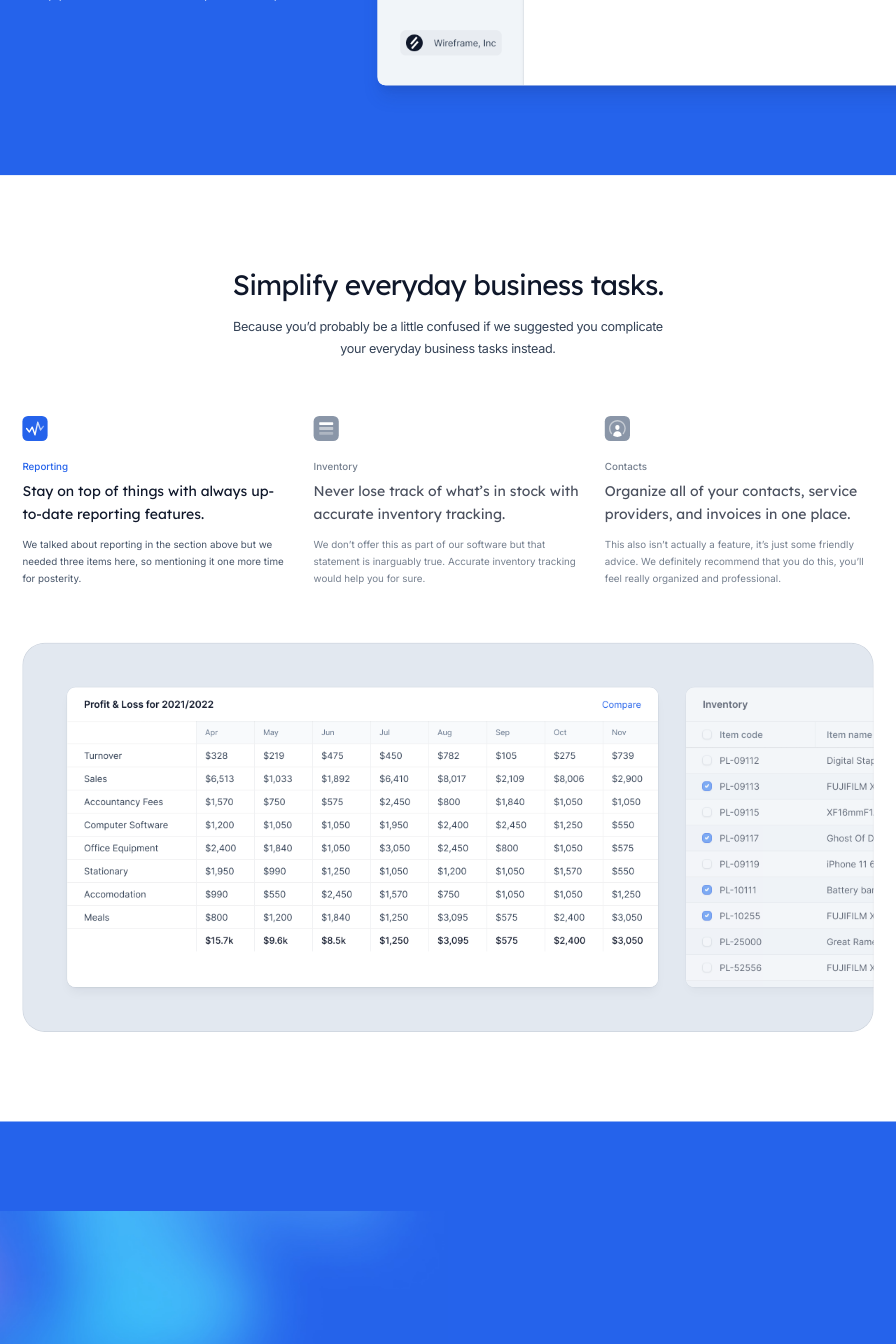
Repository: LuisSempre/imaginative
Page: /
An editor plug-in stored every save of this project. The page is shown before and after the next save, followed by the edit.
The browser window is 1280 px wide. The pictures show the part of the page from y = 2813 to 4733 px (the page is 9918 px tall before and 11018 px after), at 70% of full size.
The project was rebuilt for these pictures with package versions that can differ from the ones it lists, and the page was loaded fresh each time. The framework's server and built-in components were replaced by stand-ins that run in the browser. Also part of the build but not shown: next.config.js.

Above is the page before, as saved 2022-07-15 10:47:28.

### src/pages/index.jsx
import Head from 'next/head'

import { CallToAction } from '@/components/CallToAction'
import { Faqs } from '@/components/Faqs'
import { Footer } from '@/components/Footer'
import { Header } from '@/components/Header'
import { Hero } from '@/components/Hero'
import { Contact } from '@/components/Contact'
import { PrimaryFeatures } from '@/components/PrimaryFeatures'
import { SecondaryFeatures } from '@/components/SecondaryFeatures'
import { Testimonials } from '@/components/Testimonials'

export default function Home() {
  return (
    <>
      <Head>
        <title>TaxPal - Accounting made simple for small businesses</title>
        <meta
          name="description"
          content="Most bookkeeping software is accurate, but hard to use. We make the opposite trade-off, and hope you don’t get audited."
        />
      </Head>
      <Header />
      <main>
        <Hero />
        <PrimaryFeatures />
        <SecondaryFeatures />
        <CallToAction />
        <Testimonials />
        <Contact />
        <Faqs />
      </main>
      <Footer />
    </>
  )
}

### src/components/CallToAction.jsx
import Image from 'next/future/image'

import { Button } from '@/components/Button'
import { Container } from '@/components/Container'
import backgroundImage from '@/images/background-call-to-action.jpg'

export function CallToAction() {
  return (
    <section
      id="get-started-today"
      className="relative overflow-hidden bg-blue-600 py-32"
    >
      <Image
        className="absolute top-1/2 left-1/2 max-w-none -translate-x-1/2 -translate-y-1/2"
        src={backgroundImage}
        alt=""
        width={2347}
        height={1244}
        unoptimized
      />
      <Container className="relative">
        <div className="mx-auto max-w-lg text-center">
          <h2 className="font-display text-3xl tracking-tight text-white sm:text-4xl">
            Get started today
          </h2>
          <p className="mt-4 text-lg tracking-tight text-white">
            It’s time to take control of your books. Buy our software so you can
            feel like you’re doing something productive.
          </p>
          <Button href="/register" color="white" className="mt-10">
            Get 6 months free
          </Button>
        </div>
      </Container>
    </section>
  )
}

### src/components/Faqs.jsx
import Image from 'next/future/image'

import { Container } from '@/components/Container'
import backgroundImage from '@/images/background-faqs.jpg'

const faqs = [
  [
    {
      question: 'Does TaxPal handle VAT?',
      answer:
        'Well no, but if you move your company offshore you can probably ignore it.',
    },
    {
      question: 'Can I pay for my subscription via purchase order?',
      answer: 'Absolutely, we are happy to take your money in all forms.',
    },
    {
      question: 'How do I apply for a job at TaxPal?',
      answer:
        'We only hire our customers, so subscribe for a minimum of 6 months and then let’s talk.',
    },
  ],
  [
    {
      question: 'What was that testimonial about tax fraud all about?',
      answer:
        'TaxPal is just a software application, ultimately your books are your responsibility.',
    },
    {
      question:
        'TaxPal sounds horrible but why do I still feel compelled to purchase?',
      answer:
        'This is the power of excellent visual design. You just can’t resist it, no matter how poorly it actually functions.',
    },
    {
      question:
        'I found other companies called TaxPal, are you sure you can use this name?',
      answer:
        'Honestly not sure at all. We haven’t actually incorporated or anything, we just thought it sounded cool and made this website.',
    },
  ],
  [
    {
      question: 'How do you generate reports?',
      answer:
        'You just tell us what data you need a report for, and we get our kids to create beautiful charts for you using only the finest crayons.',
    },
    {
      question: 'Can we expect more inventory features?',
      answer: 'In life it’s really better to never expect anything at all.',
    },
    {
      question: 'I lost my password, how do I get into my account?',
      answer:
        'Send us an email and we will send you a copy of our latest password spreadsheet so you can find your information.',
    },
  ],
]

export function Faqs() {
  return (
    <section
      id="faq"
      aria-labelledby="faq-title"
      className="relative overflow-hidden bg-slate-50 py-20 sm:py-32"
    >
      <Image
        className="absolute top-0 left-1/2 max-w-none translate-x-[-30%] -translate-y-1/4"
        src={backgroundImage}
        alt=""
        width={1558}
        height={946}
        unoptimized
      />
      <Container className="relative">
        <div className="mx-auto max-w-2xl lg:mx-0">
          <h2
            id="faq-title"
            className="font-display text-3xl tracking-tight text-slate-900 sm:text-4xl"
          >
            Frequently asked questions
          </h2>
          <p className="mt-4 text-lg tracking-tight text-slate-700">
            If you can’t find what you’re looking for, email our support team
            and if you’re lucky someone will get back to you.
          </p>
        </div>
        <ul
          role="list"
          className="mx-auto mt-16 grid max-w-2xl grid-cols-1 gap-8 lg:max-w-none lg:grid-cols-3"
        >
          {faqs.map((column, columnIndex) => (
            <li key={columnIndex}>
              <ul role="list" className="flex flex-col gap-y-8">
                {column.map((faq, faqIndex) => (
                  <li key={faqIndex}>
                    <h3 className="font-display text-lg leading-7 text-slate-900">
                      {faq.question}
                    </h3>
                    <p className="mt-4 text-sm text-slate-700">{faq.answer}</p>
                  </li>
                ))}
              </ul>
            </li>
          ))}
        </ul>
      </Container>
    </section>
  )
}

### src/components/Footer.jsx
import Link from 'next/link'

import { Container } from '@/components/Container'
import { Logo } from '@/components/Logo'
import { NavLink } from '@/components/NavLink'

export function Footer() {
  return (
    <footer className="bg-slate-50">
      <Container>
        <div className="py-16">
          <Logo className="mx-auto h-10 w-auto" />
          <nav className="mt-10 text-sm" aria-label="quick links">
            <div className="-my-1 flex justify-center gap-x-6">
              <NavLink href="#features">Features</NavLink>
              <NavLink href="#testimonials">Testimonials</NavLink>
              <NavLink href="#pricing">Pricing</NavLink>
            </div>
          </nav>
        </div>
        <div className="flex flex-col items-center border-t border-slate-400/10 py-10 sm:flex-row-reverse sm:justify-between">
          <div className="flex gap-x-6">
            <Link
              href="https://twitter.com"
              className="group"
              aria-label="TaxPal on Twitter"
            >
              <svg
                aria-hidden="true"
                className="h-6 w-6 fill-slate-500 group-hover:fill-slate-700"
              >
                <path d="M8.29 20.251c7.547 0 11.675-6.253 11.675-11.675 0-.178 0-.355-.012-.53A8.348 8.348 0 0 0 22 5.92a8.19 8.19 0 0 1-2.357.646 4.118 4.118 0 0 0 1.804-2.27 8.224 8.224 0 0 1-2.605.996 4.107 4.107 0 0 0-6.993 3.743 11.65 11.65 0 0 1-8.457-4.287 4.106 4.106 0 0 0 1.27 5.477A4.073 4.073 0 0 1 2.8 9.713v.052a4.105 4.105 0 0 0 3.292 4.022 4.093 4.093 0 0 1-1.853.07 4.108 4.108 0 0 0 3.834 2.85A8.233 8.233 0 0 1 2 18.407a11.615 11.615 0 0 0 6.29 1.84" />
              </svg>
            </Link>
            <Link
              href="https://github.com"
              className="group"
              aria-label="TaxPal on GitHub"
            >
              <svg
                aria-hidden="true"
                className="h-6 w-6 fill-slate-500 group-hover:fill-slate-700"
              >
                <path d="M12 2C6.477 2 2 6.484 2 12.017c0 4.425 2.865 8.18 6.839 9.504.5.092.682-.217.682-.483 0-.237-.008-.868-.013-1.703-2.782.605-3.369-1.343-3.369-1.343-.454-1.158-1.11-1.466-1.11-1.466-.908-.62.069-.608.069-.608 1.003.07 1.531 1.032 1.531 1.032.892 1.53 2.341 1.088 2.91.832.092-.647.35-1.088.636-1.338-2.22-.253-4.555-1.113-4.555-4.951 0-1.093.39-1.988 1.029-2.688-.103-.253-.446-1.272.098-2.65 0 0 .84-.27 2.75 1.026A9.564 9.564 0 0 1 12 6.844a9.59 9.59 0 0 1 2.504.337c1.909-1.296 2.747-1.027 2.747-1.027.546 1.379.202 2.398.1 2.651.64.7 1.028 1.595 1.028 2.688 0 3.848-2.339 4.695-4.566 4.943.359.309.678.92.678 1.855 0 1.338-.012 2.419-.012 2.747 0 .268.18.58.688.482A10.02 10.02 0 0 0 22 12.017C22 6.484 17.522 2 12 2Z" />
              </svg>
            </Link>
          </div>
          <p className="mt-6 text-sm text-slate-500 sm:mt-0">
            Copyright &copy; {new Date().getFullYear()} TaxPal. All rights
            reserved.
          </p>
        </div>
      </Container>
    </footer>
  )
}

### src/components/Header.jsx
import { Fragment } from 'react'
import Link from 'next/link'
import { Popover, Transition } from '@headlessui/react'
import clsx from 'clsx'
import { Container } from '@/components/Container'
import { Logo } from '@/components/Logo'
import { NavLink } from '@/components/NavLink'

function MobileNavLink({ href, children }) {
  return (
    <Popover.Button as={Link} href={href} className="block w-full p-2">
      {children}
    </Popover.Button>
  )
}

function MobileNavIcon({ open }) {
  return (
    <svg
      aria-hidden="true"
      className="h-3.5 w-3.5 overflow-visible stroke-slate-700"
      fill="none"
      strokeWidth={2}
      strokeLinecap="round"
    >
      <path
        d="M0 1H14M0 7H14M0 13H14"
        className={clsx(
          'origin-center transition',
          open && 'scale-90 opacity-0'
        )}
      />
      <path
        d="M2 2L12 12M12 2L2 12"
        className={clsx(
          'origin-center transition',
          !open && 'scale-90 opacity-0'
        )}
      />
    </svg>
  )
}

function MobileNavigation() {
  return (
    <Popover>
      <Popover.Button
        className="relative z-10 flex h-8 w-8 items-center justify-center [&:not(:focus-visible)]:focus:outline-none"
        aria-label="Toggle Navigation"
      >
        {({ open }) => <MobileNavIcon open={open} />}
      </Popover.Button>
      <Transition.Root>
        <Transition.Child
          as={Fragment}
          enter="duration-150 ease-out"
          enterFrom="opacity-0"
          enterTo="opacity-100"
          leave="duration-150 ease-in"
          leaveFrom="opacity-100"
          leaveTo="opacity-0"
        >
          <Popover.Overlay className="fixed inset-0 bg-slate-300/50" />
        </Transition.Child>
        <Transition.Child
          as={Fragment}
          enter="duration-150 ease-out"
          enterFrom="opacity-0 scale-95"
          enterTo="opacity-100 scale-100"
          leave="duration-100 ease-in"
          leaveFrom="opacity-100 scale-100"
          leaveTo="opacity-0 scale-95"
        >
          <Popover.Panel
            as="div"
            className="absolute inset-x-0 flex flex-col p-4 mt-4 text-lg tracking-tight origin-top bg-white shadow-xl top-full rounded-2xl text-slate-900 ring-1 ring-slate-900/5"
          >
            <MobileNavLink href="#services">Serviços</MobileNavLink>
            <MobileNavLink href="#portifolio">Portfólio</MobileNavLink>
            <MobileNavLink href="#sobre">Sobre</MobileNavLink>
          </Popover.Panel>
        </Transition.Child>
      </Transition.Root>
    </Popover>
  )
}

export function Header() {
  return (
    <header className="py-10">
      <Container>
        <nav className="relative z-50 flex justify-between">
          <div className="flex items-center md:gap-x-12">
            <Link href="#" aria-label="Home">
              <Logo className="w-auto h-10" />
            </Link>
          </div>
          <div className="flex items-center gap-x-5 md:gap-x-8">
            <div className="hidden md:flex">
              <NavLink href="#services">Serviços</NavLink>
              <NavLink href="#portifolio">Portfólio</NavLink>
              <NavLink href="#sobre">Sobre</NavLink>
            </div>
            <div className="-mr-1 md:hidden">
              <MobileNavigation />
            </div>
          </div>
        </nav>
      </Container>
    </header>
  )
}

### src/components/Hero.jsx
import Image from 'next/future/image'

import { Button } from '@/components/Button'
import { Container } from '@/components/Container'
import logoLaravel from '@/images/logos/laravel.svg'
import logoMirage from '@/images/logos/mirage.svg'
import logoStatamic from '@/images/logos/statamic.svg'
import logoStaticKit from '@/images/logos/statickit.svg'
import logoTransistor from '@/images/logos/transistor.svg'
import logoTuple from '@/images/logos/tuple.svg'

export function Hero() {
  return (
    <Container className="pt-20 pb-16 text-center lg:pt-32">
      <h1 className="max-w-4xl mx-auto text-5xl font-medium tracking-tight font-display text-slate-900 sm:text-7xl">
        Construindo{' '}
        <span className="relative text-blue-500 whitespace-nowrap">
          <svg
            aria-hidden="true"
            viewBox="0 0 418 42"
            className="absolute top-2/3 left-0 h-[0.58em] w-full fill-blue-300/70"
            preserveAspectRatio="none"
          >
            <path d="M203.371.916c-26.013-2.078-76.686 1.963-124.73 9.946L67.3 12.749C35.421 18.062 18.2 21.766 6.004 25.934 1.244 27.561.828 27.778.874 28.61c.07 1.214.828 1.121 9.595-1.176 9.072-2.377 17.15-3.92 39.246-7.496C123.565 7.986 157.869 4.492 195.942 5.046c7.461.108 19.25 1.696 19.17 2.582-.107 1.183-7.874 4.31-25.75 10.366-21.992 7.45-35.43 12.534-36.701 13.884-2.173 2.308-.202 4.407 4.442 4.734 2.654.187 3.263.157 15.593-.78 35.401-2.686 57.944-3.488 88.365-3.143 46.327.526 75.721 2.23 130.788 7.584 19.787 1.924 20.814 1.98 24.557 1.332l.066-.011c1.201-.203 1.53-1.825.399-2.335-2.911-1.31-4.893-1.604-22.048-3.261-57.509-5.556-87.871-7.36-132.059-7.842-23.239-.254-33.617-.116-50.627.674-11.629.54-42.371 2.494-46.696 2.967-2.359.259 8.133-3.625 26.504-9.81 23.239-7.825 27.934-10.149 28.304-14.005.417-4.348-3.529-6-16.878-7.066Z" />
          </svg>
          <span className="relative">software inovador</span>
        </span>{' '}
        para você crescer.
      </h1>
      <p className="max-w-2xl mx-auto mt-6 text-xl tracking-tight text-slate-700">
        Desenvolvimento de aplicativos web e mobile
      </p>
      <div className="flex justify-center mt-10 gap-x-6">
        <Button className="px-12 py-4 text-xl" href="#contato">
          Entre em contato
        </Button>
      </div>
      <div className="mt-36 lg:mt-44">
        <p className="text-base font-display text-slate-900">
         Confiado por empresas inovadoras
        </p>
        <ul
          role="list"
          className="flex items-center justify-center mt-8 gap-x-8 sm:flex-col sm:gap-x-0 sm:gap-y-10 xl:flex-row xl:gap-x-12 xl:gap-y-0"
        >
          {[
            [
              { name: 'Transistor', logo: logoTransistor },
              { name: 'Tuple', logo: logoTuple },
              { name: 'StaticKit', logo: logoStaticKit },
            ],
            [
              { name: 'Mirage', logo: logoMirage },
              { name: 'Laravel', logo: logoLaravel },
              { name: 'Statamic', logo: logoStatamic },
            ],
          ].map((group, groupIndex) => (
            <li key={groupIndex}>
              <ul
                role="list"
                className="flex flex-col items-center gap-y-8 sm:flex-row sm:gap-x-12 sm:gap-y-0"
              >
                {group.map((company) => (
                  <li key={company.name} className="flex">
                    <Image src={company.logo} alt={company.name} unoptimized />
                  </li>
                ))}
              </ul>
            </li>
          ))}
        </ul>
      </div>
    </Container>
  )
}

### src/components/Button.jsx
import Link from 'next/link'
import clsx from 'clsx'

const baseStyles = {
  solid:
    'group inline-flex items-center justify-center rounded-full py-2 px-4 text-sm font-semibold focus:outline-none focus-visible:outline-2 focus-visible:outline-offset-2',
  outline:
    'group inline-flex ring-1 items-center justify-center rounded-full py-2 px-4 text-sm focus:outline-none',
}

const variantStyles = {
  solid: {
    slate:
      'bg-slate-900 text-white hover:bg-slate-700 hover:text-slate-100 active:bg-slate-800 active:text-slate-300 focus-visible:outline-slate-900',
    blue: 'bg-blue-600 text-white hover:text-slate-100 hover:bg-blue-500 active:bg-blue-800 active:text-blue-100 focus-visible:outline-blue-600',
    white:
      'bg-white text-slate-900 hover:bg-blue-50 active:bg-blue-200 active:text-slate-600 focus-visible:outline-white',
  },
  outline: {
    slate:
      'ring-slate-200 text-slate-700 hover:text-slate-900 hover:ring-slate-300 active:bg-slate-100 active:text-slate-600 focus-visible:outline-blue-600 focus-visible:ring-slate-300',
    white:
      'ring-slate-700 text-white hover:ring-slate-500 active:ring-slate-700 active:text-slate-400 focus-visible:outline-white',
  },
}

export function Button({
  variant = 'solid',
  color = 'slate',
  className,
  href,
  ...props
}) {
  className = clsx(
    baseStyles[variant],
    variantStyles[variant][color],
    className
  )

  return href ? (
    <Link href={href} className={className} {...props} />
  ) : (
    <button className={className} {...props} />
  )
}

### src/components/Logo.jsx
import Image from 'next/image'
import logo from '../images/logos/logo.png'
export function Logo(props) {
  return <Image src={logo}  width={200}  height={32} alt="Picture of the author" />
}

### src/components/Tecnology.jsx
import Image from 'next/future/image'

import { Button } from '@/components/Button'
import { Container } from '@/components/Container'
import backgroundImage from '@/images/background-call-to-action.jpg'

export function Tecnology() {
  return (
    <section
      id="get-started-today"
      className="relative py-32 overflow-hidden bg-blue-600"
    >
      <Image
        className="absolute -translate-x-1/2 -translate-y-1/2 top-1/2 left-1/2 max-w-none"
        src={backgroundImage}
        alt=""
        width={2347}
        height={1244}
        unoptimized
      />
      <Container className="relative">
        <div className="max-w-lg mx-auto text-center">
          <h2 className="text-3xl tracking-tight text-white font-display sm:text-4xl">
            Get started today
          </h2>
          <p className="mt-4 text-lg tracking-tight text-white">
            It’s time to take control of your books. Buy our software so you can
            feel like you’re doing something productive.
          </p>
          <Button href="/register" color="white" className="mt-10">
            Get 6 months free
          </Button>
        </div>
      </Container>
    </section>
  )
}

Loaded but not shown: src/pages/_app.jsx (common file); src/pages/_document.jsx (common file); src/styles/tailwind.css (common file); src/components/Container.jsx (common file); src/components/NavLink.jsx (common file); tailwind.config.js (common file); src/components/Contact.jsx (187 lines, source omitted); src/components/SecondaryFeatures.jsx (231 lines, source omitted); src/components/Testimonials.jsx (144 lines, source omitted); src/components/PrimaryFeatures.jsx (157 lines, source omitted)

After the next save:
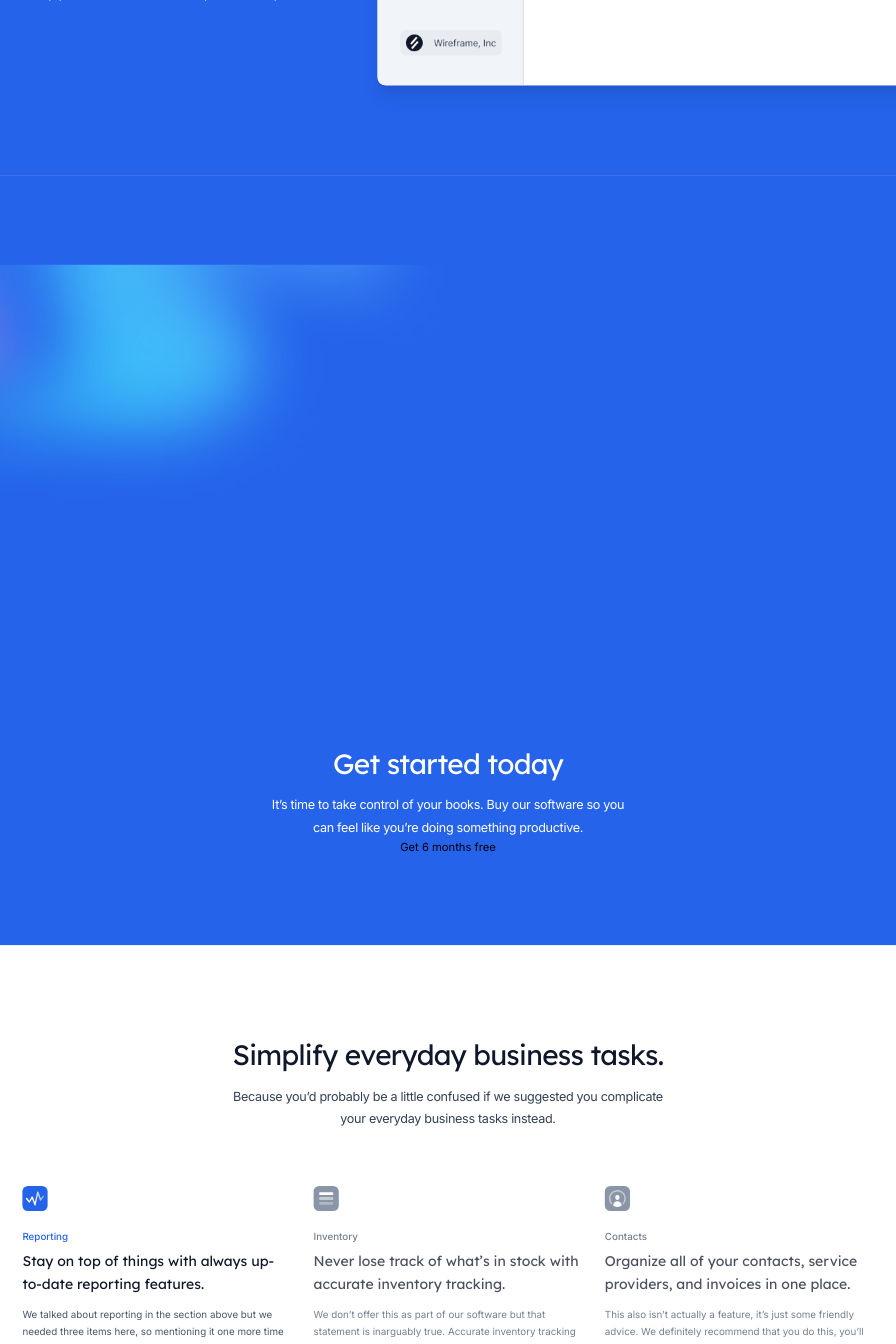
Saved 16 s later.
--- a/src/pages/index.jsx
+++ b/src/pages/index.jsx
@@ -9,6 +9,7 @@
 import { PrimaryFeatures } from '@/components/PrimaryFeatures'
 import { SecondaryFeatures } from '@/components/SecondaryFeatures'
 import { Testimonials } from '@/components/Testimonials'
+import { Tecnology } from '@/components/Tecnology'
 
 export default function Home() {
   return (
@@ -24,6 +25,7 @@
       <main>
         <Hero />
         <PrimaryFeatures />
+        <Tecnology />
         <SecondaryFeatures />
         <CallToAction />
         <Testimonials />
